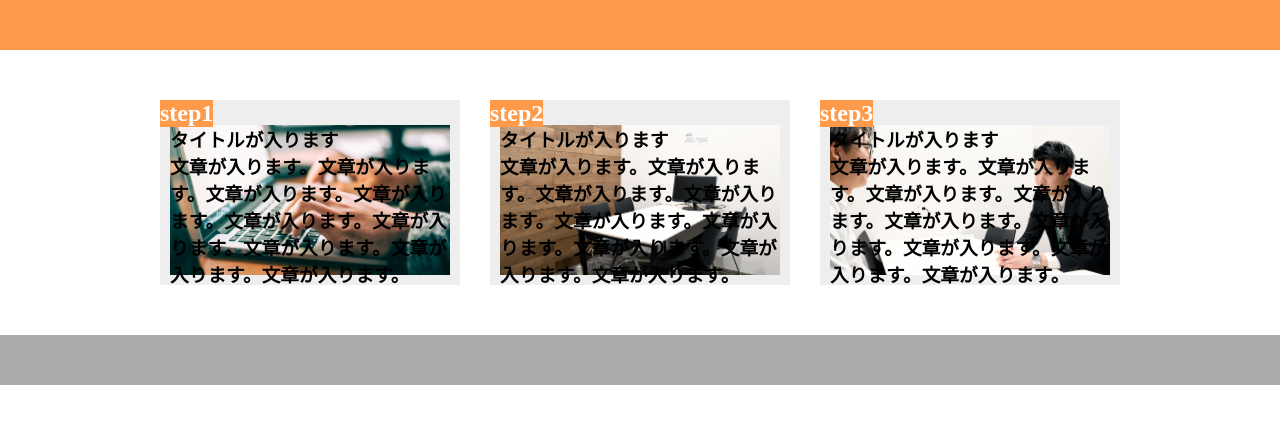
Repository: rie-koyuzu/kadai
Page: kadai/index.html
The author's editor kept a record of every edit. The page is drawn from the files as they stood at one moment, then again after the next edit.
The browser window is 1280 px wide. The pictures show the whole page.
Some web libraries are served in a nearby version.

Above is the page before.

### kadai/index.html
<!DOCTYPE html>
<html lang="ja">

  <head>

    <meta charset="UTF-8" />
    <script src="https://kit.fontawesome.com/42ccd6fdce.js" crossorigin="anonymous"></script>
    <link rel="stylesheet" href="style.css" />
    <title>chapter10</title>
  </head>


  <body>
    <header>
      <div class="header"></div>
    </header>


<main>

  <!--<section class="step">-->
    <div class="step-box">
      <div class="step1-item">
        <section class="main-step-text">
          <h1 class="step-num">step1</h1>
          <h3 class="step-title">タイトルが入ります
          <p class="step-text">文章が入ります。文章が入ります。文章が入ります。文章が入ります。文章が入ります。文章が入ります。文章が入ります。文章が入ります。文章が入ります。
          </p>
          </h3>
          <!--</section>-->
          </div>
          </div>

    <div class="step-box">
      <div class="step2-item">
        <section class="main-step-text">
          <h1 class="step-num">step2</h1>
          <h3 class="step-title">タイトルが入ります
          <p class="step-text">文章が入ります。文章が入ります。文章が入ります。文章が入ります。文章が入ります。文章が入ります。文章が入ります。文章が入ります。文章が入ります。
          </p>
          </h3>
          </section>
          </div>
          </div>

   <div class="step-box">
     <div class="step3-item">
        <section class="main-step-text">
          <h1 class="step-num">step3</h1>
          <h3 class="step-title">タイトルが入ります
          <p class="step-text">文章が入ります。文章が入ります。文章が入ります。文章が入ります。文章が入ります。文章が入ります。文章が入ります。文章が入ります。文章が入ります。
          </p>
          </h3>
          </section>
          </div>
          </div>

    <!--</section>-->
    </div>
  </main>





<footer>
    <div class="footer"></div>
    </footer>



  </body>
</html>

### kadai/style.css
* {
  box-sizing: border-box;
  margin: 0;
  padding: 0;
}


header {
  height: 50px;
  background-color: #ff9a4b;
}

main {
  width: 960px;
  display: flex;
  margin: 50px auto;
}

.step-box {
  width: 300px;
  margin-right: 30px;
  padding: 10px;
  position: relative;
  background-color: #eeeeee;
}

.step-box:last-child {
  margin-right: 0;
}

.step1-item {
  height: 150px;
  background-image: url(img/flow01.png);
  background-position: bottom;
  background-size: cover;
}

.step2-item {
  height: 150px;
  background-image: url(img/flow02.png);
  background-position: bottom;
  background-size: cover;
}

.step3-item {
  height: 150px;
  background-image: url(img/flow03.png);
  background-position: bottom;
  background-size: cover;
}

.step-num {
  position: absolute;
  top: 0;
  left: 0;
  background-color: #ff9a4b;
  color: #ffffff;
}

.step-title {
  margin: 15px 0 5px;
}


footer {
  height: 50px;
  background-color: #aaaaaa;
}

@media screen and (max-width: 768px) {
  header {
    width: 100%;
  }

  main {
    width: 100%;
    display: block;
    margin-top: 50px;
    margin-left: 10%;
    margin-right: 10%;
  }

  .step-box {
    padding-top: 50px;
    margin-top: 20px;
    width: 100%;
  }

  .step1-item {
    height: 150px;

  }

  .step2-item {
    width: 100%;
  }

  .step3-item {
    width: 100%;
  }

After the next edit:
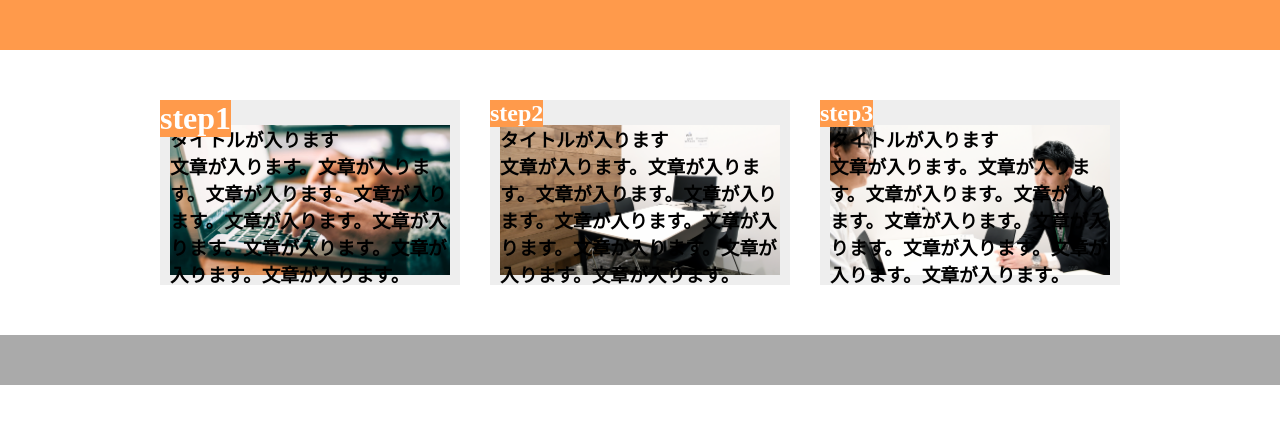
The edit:
--- a/kadai/index.html
+++ b/kadai/index.html
@@ -21,7 +21,7 @@
   <!--<section class="step">-->
     <div class="step-box">
       <div class="step1-item">
-        <section class="main-step-text">
+        <!--<section class="main-step-text">-->
           <h1 class="step-num">step1</h1>
           <h3 class="step-title">タイトルが入ります
           <p class="step-text">文章が入ります。文章が入ります。文章が入ります。文章が入ります。文章が入ります。文章が入ります。文章が入ります。文章が入ります。文章が入ります。
